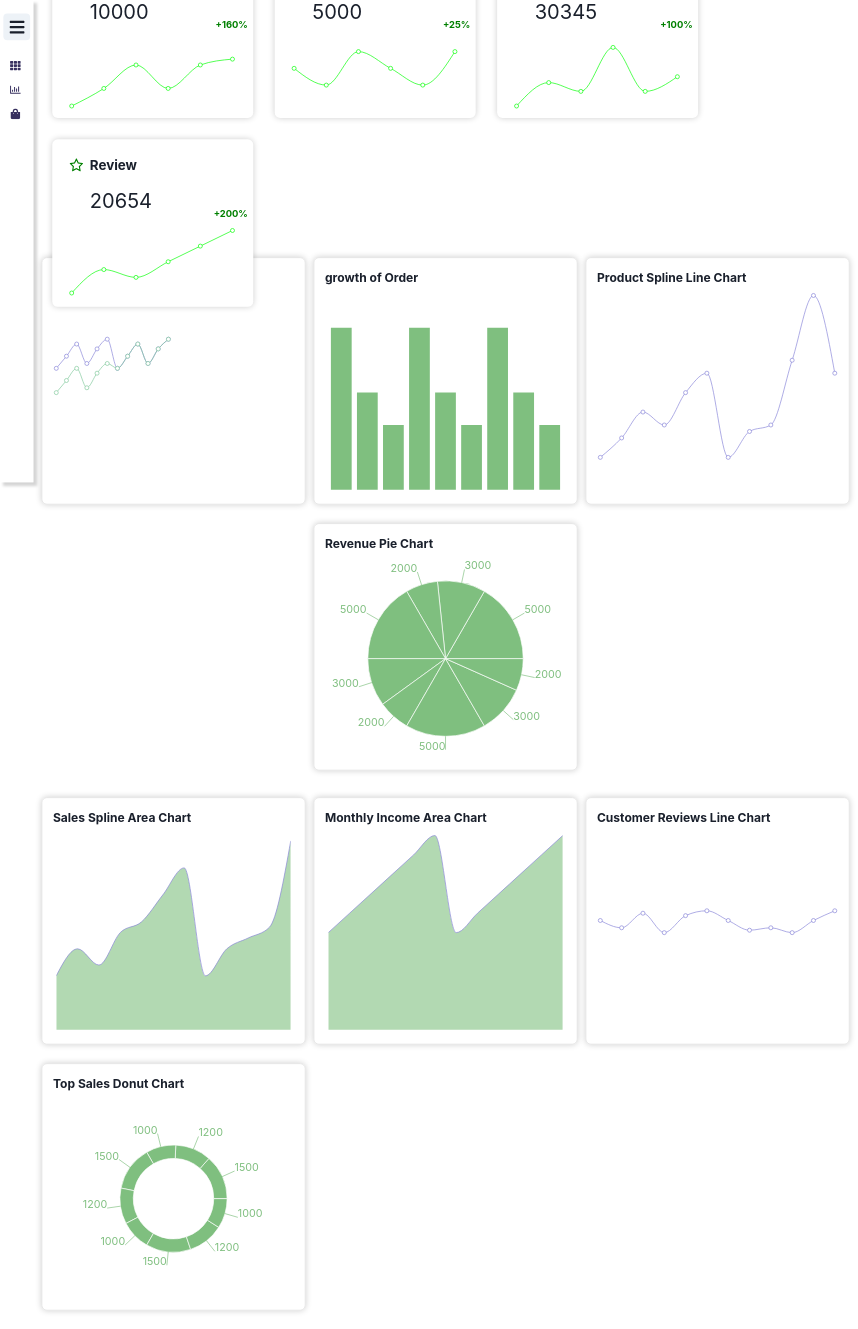
Repository: Andarg01/chakra-dashboard
Page: /analytics
An editor plug-in stored every save of this project. The page is shown before and after the next save, followed by the edit.
The browser window is 1280 px wide. The pictures show the whole page, at 67% of full size.
The project was rebuilt for these pictures with package versions that can differ from the ones it lists, and the page was loaded fresh each time. Also part of the build but not shown: src/components/ProductModal.tsx, src/components/ProductTable.tsx, src/pages/ProductList.tsx, src/components/Dashboard.tsx.

Above is the page before, as saved 2024-03-12 23:42:24.

### src/index.tsx
import React from 'react';
import ReactDOM from 'react-dom/client';
import './index.css';
import App from './App';

import { ChakraProvider } from '@chakra-ui/react';


const root = ReactDOM.createRoot(
  document.getElementById('root') as HTMLElement
);
root.render(

  <React.StrictMode>
  <ChakraProvider>
    <App />
    </ChakraProvider>
  </React.StrictMode>

);

### src/App.tsx
import React from 'react'
import ProductList from './pages/ProductList'
import Dashboard from './components/Dashboard'
import Sidebar from './components/Sidebar';
import Analytics from './pages/Analytics';
import { BrowserRouter, Route, Routes } from 'react-router-dom';
const App = () => {
  return (
    <div>
    <BrowserRouter>
    <Sidebar>
      <Routes>
      <Route path="/" element={<Dashboard />}/>
      <Route path="/dashboard" element={<Dashboard />}/>
      <Route path="/analytics" element={<Analytics  />} />
      <Route path="/product" element={<ProductList />}/>

      </Routes>
    </Sidebar>
  </BrowserRouter>
    </div>
  )
}

export default App





















// import React from 'react';
// import { BrowserRouter, Route, Routes } from 'react-router-dom';
// import Sidebar from './components/Sidebar';

// import Dashboard from './pages/Dashboard'

// import Analytics from './pages/AnalyticsPage'

// import ProductList from './ProductList';
// import './App.css';


// // import { ChakraProvider } from '@chakra-ui/react';

// type SaleData = {
//   date: string;
//   amount: number;
// };

// type RevenueData = {
//   month: string;
//   revenue: number;
// };

// const App: React.FC = () => {
//   const saleData: SaleData[] = [
//     { date: '2022-01-01', amount: 100 },
//     { date: '2022-01-02', amount: 150 },
//     { date: '2022-01-03', amount: 200 },
//     { date: '2022-01-04', amount: 120 },
//     { date: '2022-01-05', amount: 180 },
//     { date: '2022-01-06', amount: 90 },
//     { date: '2022-01-07', amount: 110 },
//     { date: '2022-01-08', amount: 130 },
//     { date: '2022-01-09', amount: 170 },
//     { date: '2022-01-10', amount: 160 },
//   ];

//   const revenueData: RevenueData[] = [
//     { month: 'January', revenue: 500 },
//     { month: 'February', revenue: 700 },
//     { month: 'March', revenue: 600 },
//     { month: 'April', revenue: 800 },
//     { month: 'May', revenue: 900 },
//     { month: 'June', revenue: 750 },
//     { month: 'July', revenue: 850 },
//     { month: 'August', revenue: 950 },
//     { month: 'September', revenue: 700 },
//     { month: 'October', revenue: 850 },
//   ];

//   return (
//     // <ChakraProvider>
//       <div>
//         <BrowserRouter>
//           <Sidebar>
//             <Routes>
//               <Route path="/" element={<Dashboard saleData={saleData} revenueData={revenueData} />} />
//               <Route path="/dashboard" element={<Dashboard saleData={saleData} revenueData={revenueData} />} />

//               <Route path="/analytics" element={<Analytics />} />
//               <Route path="/product" element={<ProductList />} />

//             </Routes>
//           </Sidebar>
//         </BrowserRouter>
//       </div>
//     {/* </ChakraProvider> */}
//   );
// };

// export default App;

### src/components/Sidebar.tsx




import React, { useState } from 'react';
import {
  FaTh,
  FaBars,
  FaShoppingBag,
  FaRegChartBar,
} from 'react-icons/fa';

import { NavLink } from 'react-router-dom';
import { Box, IconButton, Text, Flex } from '@chakra-ui/react';

interface MenuItem {
  path: string;
  name: string;
  icon: JSX.Element;
}

const Sidebar: React.FC<React.PropsWithChildren<{}>> = ({ children }) => {
  const [isOpen, setIsOpen] = useState(false);

  const toggle = () => setIsOpen(!isOpen);

  const menuItems: MenuItem[] = [
    {
      path: '/',
      name: 'Dashboard',
      icon: <FaTh />,
    },
    {
      path: '/analytics',
      name: 'Analytics',
      icon: <FaRegChartBar />,
  },
    {
      path: '/product',
      name: 'Product',
      icon: <FaShoppingBag />,
    },
  ];

  return (
    <Flex>
      <Box
        width={isOpen ? '200px' : '50px'}
        bg="#fff"
        boxShadow="5px 5px 4px rgb(212, 212, 212)"
        color="#000"
        height="100vh"
        transition="all 0.5s"
        overflowX="hidden"
      >
        <Flex
          className="top_section"
          direction="column"
          align="center"
          justify="center"
          p="20px 15px"
        >
          <Text fontSize={isOpen ? '30px' : '0'} className="logo">
            Logo
          </Text>
          <IconButton
            marginLeft={isOpen ? '50px' : '0px'}
            className="bars"
            fontSize="25px"
            aria-label="Toggle Sidebar"
            icon={<FaBars />}
            onClick={toggle}
          />
        </Flex>
        {menuItems.map((item, index) => (
          <NavLink to={item.path} key={index} className="link">
            <Flex
              p="10px 15px"
              color="#37305F"
              _hover={{ bgColor: '#37305F', color: '#fff', margin: '10px', borderRadius: '10px' }}
              _active={{ bgColor: '#37305F', color: '#fff', margin: '10px', borderRadius: '10px' }}
            >
              <Box className="icon" marginRight="3">
                {item.icon}
              </Box>
              <Text
                display={isOpen ? 'block' : 'none'}
                className="link_text text-sm"
                marginLeft="3"
              >
                {item.name}
              </Text>
            </Flex>
          </NavLink>
        ))}
      </Box>
      <Box flex="1">{children}</Box>
    </Flex>
  );
};

export default Sidebar;

### src/pages/Analytics.tsx



import React, { useState } from 'react';
import {
  Box,
  Flex,
  Stack,
  Text,
  ThemeProvider,
  extendTheme,
} from '@chakra-ui/react';
import FullAnalyticsPage from '../components/AnalyticalCard';
import {
  LineChart,
  Line,
  AreaChart,
  Area,
  BarChart,
  Bar,
  PieChart,
  Pie,
  Tooltip,
  ResponsiveContainer,
} from 'recharts';

// Extend Chakra UI theme for custom styles
const theme = extendTheme({
  shadows: {
    xl: '0 0 10px rgba(0, 0, 0, 0.2)',
  },
});

interface DataPoint {
  name: string;
  value: number;
}

interface ChartCardProps {
  title: string;
  chart: React.ReactNode;
}

const ChartCard: React.FC<ChartCardProps> = ({ title, chart }) => (

  <Box
  boxShadow="xl"
  p={4}
  borderRadius="lg"
  border="1px solid #ddd"
  mb={4}
  flexBasis={['100%', 'calc(33.33% - 8px)']}
  display="inline-flex"
>
  <Stack spacing={2} width="100%">
    <Text fontSize={['md', 'lg']} fontWeight="bold">
      {title}
    </Text>
    {chart}
  </Stack>
</Box>


  // <Box
  //   boxShadow="xl"
  //   p={4}
  //   borderRadius="lg"
  //   border="1px solid #ddd"
  //   mb={4}
  //   flexBasis={['100%', 'calc(33.33% - 8px)']}
  //   display="inline-flex"
  // >
  //   <Text fontSize={['md', 'lg']} fontWeight="bold">
  //     {title}
  //   </Text>
  //   {chart}
  // </Box>
);

const SalesSplineAreaChart: React.FC = () => {
  const salesData: DataPoint[] = [
    { name: 'Jan', value: 1000 },
    { name: 'Feb', value: 1500 },
    { name: 'Mar', value: 1200 },
    { name: 'Apr', value: 1800 },
    { name: 'May', value: 2000 },
    { name: 'Jun', value: 2500 },
    {name:  'junl', value:3000},
    {name: 'agu' , value:1000},
    {name: 'sep', value: 1500},
    {name:'oct' , value:1700},
    {name: 'nove' , value: 1900},
    {name: 'dec', value: 3500},


  ];

  return (
    <ChartCard
      title="Sales Spline Area Chart"
      chart={
        <ResponsiveContainer width="100%" height={300}>
          <AreaChart data={salesData}>
            <Area type="monotone" dataKey="value" stroke="#8884d8"  fill="rgba(0, 128, 0, 0.5)" />
            <Tooltip />
          </AreaChart>
        </ResponsiveContainer>
      }
    />
  );
};

const ProductSplineLineChart: React.FC = () => {
  const productData: DataPoint[] = [
    { name: 'Jan', value: 500 },
    { name: 'Feb', value: 800 },
    { name: 'Mar', value: 1200 },
    { name: 'Apr', value: 1000 },
    { name: 'May', value: 1500 },
    { name: 'Jun', value: 1800 },
    { name: 'Jula', value: 500 },
    { name: 'agu', value: 900 },
    { name: 'sep', value: 1000 },
    { name: 'nov', value: 2000 },
    { name: 'oct', value: 3000 },
    { name: 'dec', value: 1800 },
  ];

  return (
    <ChartCard
      title="Product Spline Line Chart"
      chart={
        <ResponsiveContainer width="100%" height={300}>
          <LineChart data={productData}>
            <Line type="monotone" dataKey="value" stroke="#8884d8" />
            <Tooltip />
          </LineChart>
        </ResponsiveContainer>
      }
    />
  );
};

const CustomerReviewsLineChart: React.FC = () => {
  const reviewsData: DataPoint[] = [
    { name: 'Jan', value: 4.5 },
    { name: 'Feb', value: 4.2 },
    { name: 'Mar', value: 4.8 },
    { name: 'Apr', value: 4.0 },
    { name: 'May', value: 4.7 },
    { name: 'Jun', value: 4.9 },
    { name: 'Jula', value: 4.5 },
    { name: 'agu', value: 4.1 },
    { name: 'sep', value: 4.2 },
    { name: 'nov', value: 4.0 },
    { name: 'oct', value: 4.5 },
    { name: 'dec', value: 4.9 },


  ];

  return (
    <ChartCard
      title="Customer Reviews Line Chart"
      chart={
        <ResponsiveContainer width="100%" height={300}>
          <LineChart data={reviewsData}>
            <Line type="monotone" dataKey="value" stroke="#8884d8" />
            <Tooltip />
          </LineChart>
        </ResponsiveContainer>
      }
    />
  );
};

const RevenuePieChart: React.FC = () => {
  const revenueData: DataPoint[] = [

    { name: 'Product A', value: 5000 },
    { name: 'Product B', value: 3000 },
    { name: 'Product C', value: 2000 },
    { name: 'Product D', value: 5000 },
    { name: 'Product E', value: 3000 },
    { name: 'Product F', value: 2000 },
    { name: 'Product G', value: 5000 },
    { name: 'Product H', value: 3000 },
    { name: 'Product I', value: 2000 },
  ];

  return (
    <ChartCard
      title="Revenue Pie Chart"
      chart={
        <ResponsiveContainer width="100%" height={300}>
          <PieChart>
            <Pie dataKey="value" data={revenueData}  fill="rgba(0, 128, 0, 0.5)" label />
            <Tooltip />
          </PieChart>
        </ResponsiveContainer>
      }
    />
  );
};

const OrderBarChart: React.FC = () => {
  const initialOrderData: DataPoint[] = [
    { name: 'Product A', value: 5000 },
    { name: 'Product B', value: 3000 },
    { name: 'Product C', value: 2000 },
    { name: 'Product D', value: 5000 },
    { name: 'Product E', value: 3000 },
    { name: 'Product F', value: 2000 },
    { name: 'Product G', value: 5000 },
    { name: 'Product H', value: 3000 },
    { name: 'Product I', value: 2000 },
  ];

  const [orderData, setOrderData] = useState<DataPoint[]>(initialOrderData);

  const sortByValue = () => {
    const sortedData = [...orderData].sort((a, b) => a.value - b.value);
    setOrderData(sortedData);
  };

  return (
    <ChartCard
      title="growth of Order "
      chart={
        <ResponsiveContainer width="100%" height={300}>
          <BarChart data={orderData}>
            <Bar dataKey="value"  fill="rgba(0, 128, 0, 0.5)" />
            <Tooltip />
          </BarChart>
        </ResponsiveContainer>
      }
    />
  );
};

const TopSalesDonutChart: React.FC = () => {
  const topSalesData: DataPoint[] = [
    { name: 'Product A', value: 1500 },
    { name: 'Product B', value: 1200 },
    { name: 'Product C', value: 1000 },
    { name: 'Product D', value: 1500 },
    { name: 'Product E', value: 1200 },
    { name: 'Product F', value: 1000 },
    { name: 'Product G', value: 1500 },
    { name: 'Product H', value: 1200 },
    { name: 'Product I', value: 1000 },
  ];

  return (
    <ChartCard
      title="Top Sales Donut Chart"
      chart={
        <ResponsiveContainer width="100%" height={300}>
          <PieChart>
            <Pie dataKey="value" data={topSalesData} innerRadius={60} outerRadius={80}  fill="rgba(0, 128, 0, 0.5)" label />
            <Tooltip />
          </PieChart>
        </ResponsiveContainer>
      }
    />
  );
};

const MonthlyIncomeAreaChart: React.FC = () => {
  const monthlyIncomeData: DataPoint[] = [
    { name: 'Jan', value: 5000 },
    { name: 'Feb', value: 6000 },
    { name: 'Mar', value: 7000 },
    { name: 'Apr', value: 8000 },
    { name: 'May', value: 9000 },
    { name: 'Jun', value: 10000 },
    { name: 'Jula', value: 5000 },
    { name: 'agu', value: 6000 },
    { name: 'sep', value: 7000 },
    { name: 'nov', value: 8000 },
    { name: 'oct', value: 9000 },
    { name: 'dec', value: 10000 },
  ];

  return (
    <ChartCard
      title="Monthly Income Area Chart"
      chart={
        <ResponsiveContainer width="100%" height={300}>
          <AreaChart data={monthlyIncomeData}>
            <Area type="monotone" dataKey="value" stroke="#8884d8"  fill="rgba(0, 128, 0, 0.5)" />
            <Tooltip />
          </AreaChart>
        </ResponsiveContainer>
      }
    />
  );
};

const StockLineChart: React.FC = () => {
  const stockData: DataPoint[] = [
    { name: 'Jan', value: 50 },
    { name: 'Feb', value: 55 },
    { name: 'Mar', value: 60 },
    { name: 'Apr', value: 52 },
    { name: 'May', value: 58 },
    { name: 'Jun', value: 62 },
    { name: 'Jula', value: 50 },
    { name: 'agu', value: 55 },
    { name: 'sep', value: 60 },
    { name: 'nov', value: 52 },
    { name: 'oct', value: 58 },
    { name: 'dec', value: 62 },
  ];

  return (
    <ChartCard
      title="Stock Line Chart"
      chart={
        <ResponsiveContainer width="100%" height={300}>
          <LineChart data={stockData}>
            <Line type="monotone" dataKey="value" stroke="#8884d8" />
            <Tooltip />
          </LineChart>
        </ResponsiveContainer>
      }
    />
  );
};

const DoubleStockLineChart: React.FC = () => {
  const stockData1: DataPoint[] = [
    { name: 'Jan', value: 50 },
    { name: 'Feb', value: 55 },
    { name: 'Mar', value: 60 },
    { name: 'Apr', value: 52 },
    { name: 'May', value: 58 },
    { name: 'Jun', value: 62 },
    { name: 'Jula', value: 50 },
    { name: 'agu', value: 55 },
    { name: 'sep', value: 60 },
    { name: 'nov', value: 52 },
    { name: 'oct', value: 58 },
    { name: 'dec', value: 62 },
  ];

  const stockData2: DataPoint[] = [
    { name: 'Jan', value: 40 },
    { name: 'Feb', value: 45 },
    { name: 'Mar', value: 50 },
    { name: 'Apr', value: 42 },
    { name: 'May', value: 48 },
    { name: 'Jun', value: 52 },
    { name: 'Jula', value: 50 },
    { name: 'agu', value: 55 },
    { name: 'sep', value: 60 },
    { name: 'nov', value: 52 },
    { name: 'oct', value: 58 },
    { name: 'dec', value: 62 },
  ];

  return (
    <ChartCard
      title="Double Stock Line Chart"
      chart={
        <ResponsiveContainer width="100%" height={300}>
          <LineChart>
            <Line type="monotone" dataKey="value" data={stockData1} stroke="#8884d8" name="Stock 1" />
            <Line type="monotone" dataKey="value" data={stockData2} stroke="#82ca9d" name="Stock 2" />
            <Tooltip />
          </LineChart>
        </ResponsiveContainer>
      }
    />
  );
};

const AnalyticalPage: React.FC = () => {
  return (
    <ThemeProvider theme={theme}>

      <Flex direction="row" flexWrap="wrap" p={3} justify="center" gap={3}>
      <FullAnalyticsPage/>
        <DoubleStockLineChart />
        <OrderBarChart />
        <ProductSplineLineChart />
        <RevenuePieChart />

      </Flex>
      <Flex direction="row" p={3} flexWrap="wrap" justify="left" gap={3}>
        <SalesSplineAreaChart />

        <MonthlyIncomeAreaChart />
        <CustomerReviewsLineChart />
        <TopSalesDonutChart />
      </Flex>
    </ThemeProvider>
  );
};

export default AnalyticalPage;

### src/components/AnalyticalCard.tsx


// FullAnalyticsPage.tsx
import React from 'react';
import { Box, Text, Flex, useColorModeValue } from '@chakra-ui/react';
import { LineChart, Line, Tooltip } from 'recharts';
import { AiOutlineShop, AiOutlineShopping, AiOutlineFileText, AiOutlineStar } from 'react-icons/ai';

interface AnalyticsCardProps {
  title: string;
  value: number;
  data: { name: string; value: number }[];
  icon: React.ReactElement;
}

const AnalyticsCard: React.FC<AnalyticsCardProps> = ({ title, value, data, icon }) => {
  const cardBgColor = useColorModeValue('white', 'gray.800');

  // Calculate the percentage change
  const percentageChange = data.length > 1 ? ((data[data.length - 1].value - data[0].value) / data[0].value) * 100 : 0;
  const isIncreasing = percentageChange >= 0;

  return (
    <Box
      bgColor={cardBgColor}
      p={6}
      borderRadius="lg"
      boxShadow="xl"
      width="300px"
      height="250px" // Set height to one-third of the original height
      display="flex"
      flexDirection="column"
      margin="4"
      position="relative" // Add position relative for absolute positioning of percentage
    >
      <Flex align="center" mb={4}>
        {React.cloneElement(icon, { color: 'green' })} {/* Set icon color to green */}
        <Text fontSize="xl" fontWeight="bold" ml={2}>
          {title}
        </Text>
      </Flex>
      <Text fontSize="3xl" fontWeight="normal" mb={4} pl={8}>
        {value}
      </Text>
      <Flex flex="1" direction="column" justify="flex-end">
        <LineChart width={250} height={150} data={data}>
          <Line
            type="monotone"
            dataKey="value"
            stroke="#00ff00" // Set stroke to green
            isAnimationActive={false} // Disable animation to hide the rectangle background
          />
          <Tooltip isAnimationActive={false} /> {/* Hide tooltips */}
        </LineChart>
      </Flex>
      <Box
        position="absolute"
        top="100px"
        right="8px"
        fontSize="sm"
        fontWeight="bold"
        color={isIncreasing ? 'green' : 'red'}
      >
        {`${isIncreasing ? '+' : '-'}${Math.abs(percentageChange.toFixed(2))}%`}
      </Box>
    </Box>
  );
};

const FullAnalyticsPage: React.FC = () => {
  // Data for each card
  const shopData = [
    { name: 'Jan', value: 5 },
    { name: 'Feb', value: 8 },
    { name: 'Mar', value: 12 },
    { name: 'apr', value: 8 },
    { name: 'jun', value: 12 },
    { name: 'jula', value: 13 },
    // Add more data points as needed
  ];

  const productData = [
    { name: 'Jan', value: 20 },
    { name: 'Feb', value: 15 },
    { name: 'Mar', value: 25 },
    { name: 'apr', value: 20 },
    { name: 'jun', value: 15 },
    { name: 'jula', value: 25 },
    // Add more data points as needed
  ];

  const orderData = [
    { name: 'Jan', value: 10 },
    { name: 'Feb', value: 18 },
    { name: 'Mar', value: 15 },
    { name: 'apr', value: 30 },
    { name: 'jun', value: 15 },
    { name: 'jula', value: 20 },
    // Add more data points as needed
  ];

  const reviewData = [
    { name: 'Jan', value: 4 },
    { name: 'Feb', value: 7 },
    { name: 'Mar', value: 6 },
    { name: 'apr', value: 8 },
    { name: 'jun', value: 10 },
    { name: 'jula', value: 12 },
    // Add more data points as needed
  ];

  return (
    <Flex justify="center" align="center" height="50vh">
      <Flex direction="row" align="center" wrap="wrap">
        <AnalyticsCard title="Shop" value={10000} data={shopData} icon={<AiOutlineShop size={24} />} />
        <AnalyticsCard title="Product" value={5000} data={productData} icon={<AiOutlineShopping size={24} />} />
        <AnalyticsCard title="Order" value={30345} data={orderData} icon={<AiOutlineFileText size={24} />} />
        <AnalyticsCard title="Review" value={20654} data={reviewData} icon={<AiOutlineStar size={24} />} />
      </Flex>
    </Flex>
  );
};

export default FullAnalyticsPage;

Loaded but not shown: public/index.html (common file); src/index.css (common file)

After the next save:
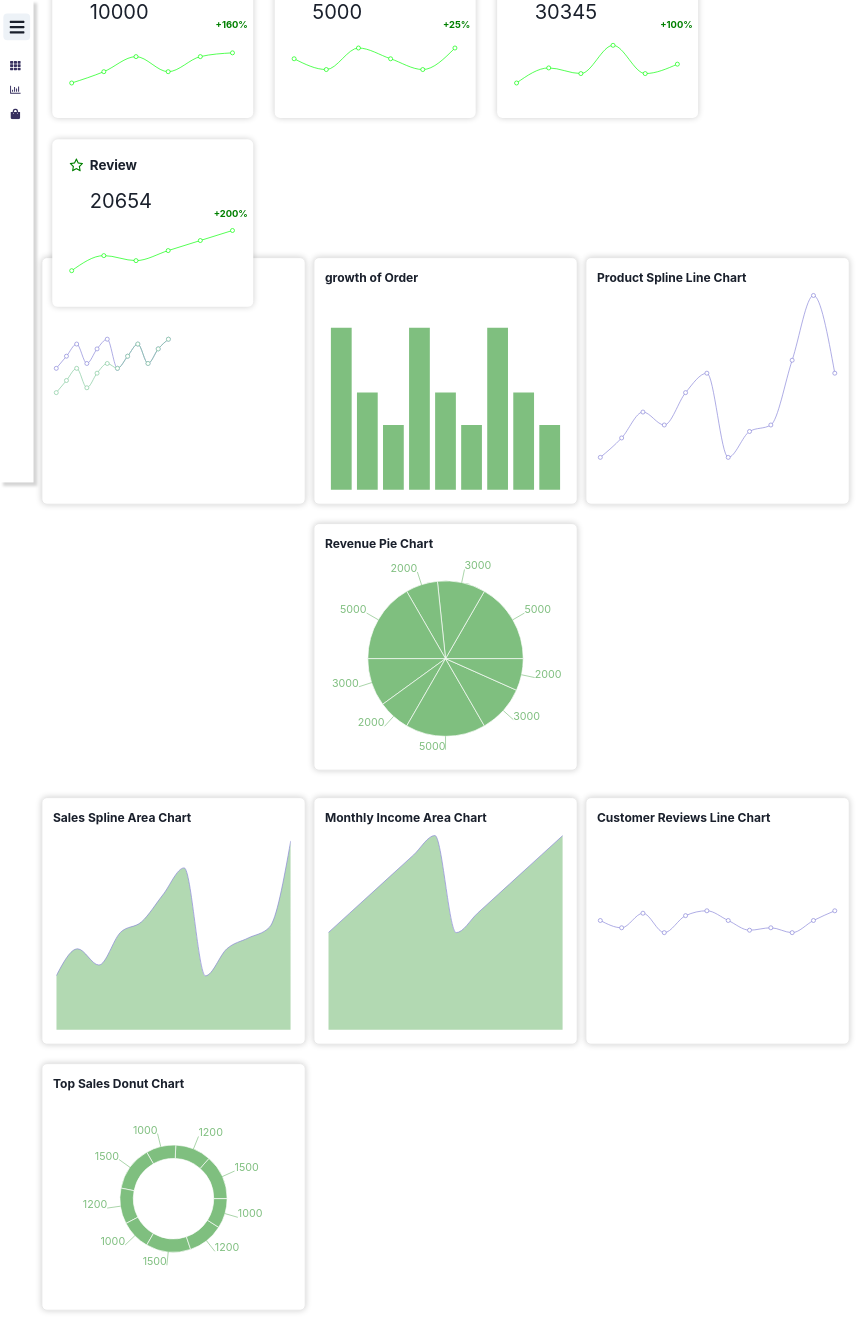
Saved 54 s later.
--- a/src/components/AnalyticalCard.tsx
+++ b/src/components/AnalyticalCard.tsx
@@ -43,7 +43,7 @@ const AnalyticsCard: React.FC<AnalyticsCardProps> = ({ title, value, data, icon
         {value}
       </Text>
       <Flex flex="1" direction="column" justify="flex-end">
-        <LineChart width={250} height={150} data={data}>
+        <LineChart width={250} height={100} data={data}>
           <Line
             type="monotone"
             dataKey="value"
